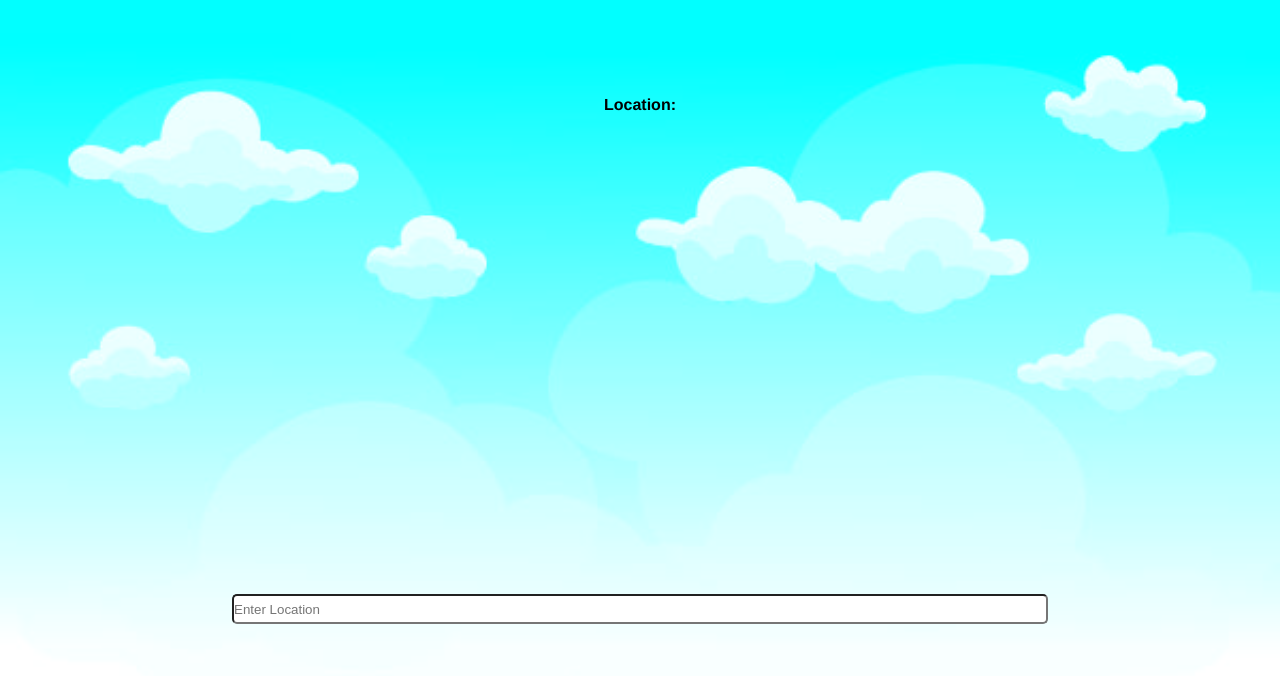
Repository: shaelorch/weather
Page: /
An editor plug-in stored every save of this project. The page is shown before and after the next save, followed by the edit.
The browser window is 1280 px wide. The pictures show the whole page.
The project was rebuilt for these pictures with package versions that can differ from the ones it lists, and the page was loaded fresh each time. The framework's server and built-in components were replaced by stand-ins that run in the browser. Also part of the build but not shown: next.config.js.

Above is the page before, as saved 2023-01-17 13:27:08.

### pages/index.js
import Head from 'next/head'
import Image from 'next/image'
import { Inter } from '@next/font/google'
import styles from '@/styles/Home.module.css'
import axios from 'axios'
import { useState } from 'react';

const inter = Inter({ subsets: ['latin'] })



export default function Home() {
  const [location, setLocation] = useState('');
  const [data, setData] = useState({});
  const [weather, setWeather] = useState();
  const [errorMessage, setErrorMessage] = useState("");

  var apiKey = "5bb65e5dcdd88d96c09dd61a44557240";
  var lang = "fr";
  var units = "metric";
  const url = `https://api.openweathermap.org/data/2.5/weather?q=${location}&units=${units}&appid=${apiKey}&lang=${lang}`

  const searchLocation = (event) => {
    if(event.key === "Enter") {
      axios.get(url)
      .then((response) => {
        console.clear();
        setData(response.data);
        console.log(response.data);
        setWeather(response.data.weather);
        setErrorMessage("");
      }).catch(err => {
        console.log(err);
        setErrorMessage("Please enter another location");
        setData({});
        setWeather()
      })
      setLocation('')
  }}

  return <main className={styles.main}>


    <div className={styles.text}>
      <p>Location:</p>
      {data.name}
    </div>

    <input
    className={styles.input}
    value={location}
    onChange={event => setLocation(event.target.value)}
    placeholder="Enter Location"
    onKeyDown={searchLocation}
    type="text"

    />

    {
      weather && weather.map((w, index)=> {
        return(
          <div className={styles.text} key={index}>
            <div>{w.description}</div>
            <div>{w.main}</div>
            {data.main.temp} &deg;C
            <h2>Feels Like:</h2>
            {data.main.feels_like} &deg;C
            {data.wind.speed}
            </div>










        )
      })
    }

  </main>



}

### styles/Home.module.css
.main {
  display: flex;
  flex-direction: column;
  justify-content: space-between;
  align-items: center;
  padding: 6rem;
  min-height: 100vh;
  background-image: url("/clouds.jpg");
  background-repeat: no-repeat;
  background-size: cover;
}

.text {
  font-family: 'Franklin Gothic Medium', 'Arial Narrow', Arial, sans-serif;
  font-weight: bold;
  color:black;
}

.input {
  border-radius:5px;
  background-color: white;
  height:30px;
  width:75%;
  color:black

}


.description {
  display: inherit;
  justify-content: inherit;
  align-items: inherit;
  font-size: 0.85rem;
  max-width: var(--max-width);
  width: 100%;
  z-index: 2;
  font-family: var(--font-mono);
}

.description a {
  display: flex;
  justify-content: center;
  align-items: center;
  gap: 0.5rem;
}

.description p {
  position: relative;
  margin: 0;
  padding: 1rem;
  background-color: rgba(var(--callout-rgb), 0.5);
  border: 1px solid rgba(var(--callout-border-rgb), 0.3);
  border-radius: var(--border-radius);
}

.code {
  font-weight: 700;
  font-family: var(--font-mono);
}

.grid {
  display: grid;
  grid-template-columns: repeat(4, minmax(25%, auto));
  width: var(--max-width);
  max-width: 100%;
}

.card {
  padding: 1rem 1.2rem;
  border-radius: var(--border-radius);
  background: rgba(var(--card-rgb), 0);
  border: 1px solid rgba(var(--card-border-rgb), 0);
  transition: background 200ms, border 200ms;
}

.card span {
  display: inline-block;
  transition: transform 200ms;
}

.card h2 {
  font-weight: 600;
  margin-bottom: 0.7rem;
}

.card p {
  margin: 0;
  opacity: 0.6;
  font-size: 0.9rem;
  line-height: 1.5;
  max-width: 30ch;
}

.center {
  display: flex;
  justify-content: center;
  align-items: center;
  position: relative;
  padding: 4rem 0;
}

.center::before {
  background: var(--secondary-glow);
  border-radius: 50%;
  width: 480px;
  height: 360px;
  margin-left: -400px;
}

.center::after {
  background: var(--primary-glow);
  width: 240px;
  height: 180px;
  z-index: -1;
}

.center::before,
.center::after {
  content: '';
  left: 50%;
  position: absolute;
  filter: blur(45px);
  transform: translateZ(0);
}

.logo,
.thirteen {
  position: relative;
}

.thirteen {
  display: flex;
  justify-content: center;
  align-items: center;
  width: 75px;
  height: 75px;
  padding: 25px 10px;
  margin-left: 16px;
  transform: translateZ(0);
  border-radius: var(--border-radius);
  overflow: hidden;
  box-shadow: 0px 2px 8px -1px #0000001a;
}

.thirteen::before,
.thirteen::after {
  content: '';
  position: absolute;
  z-index: -1;
}

/* Conic Gradient Animation */
.thirteen::before {
  animation: 6s rotate linear infinite;
  width: 200%;
  height: 200%;
  background: var(--tile-border);
}

/* Inner Square */
.thirteen::after {
  inset: 0;
  padding: 1px;
  border-radius: var(--border-radius);
  background: linear-gradient(
    to bottom right,
    rgba(var(--tile-start-rgb), 1),
    rgba(var(--tile-end-rgb), 1)
  );
  background-clip: content-box;
}

/* Enable hover only on non-touch devices */
@media (hover: hover) and (pointer: fine) {
  .card:hover {
    background: rgba(var(--card-rgb), 0.1);
    border: 1px solid rgba(var(--card-border-rgb), 0.15);
  }

  .card:hover span {
    transform: translateX(4px);
  }
}

@media (prefers-reduced-motion) {
  .thirteen::before {
    animation: none;
  }

  .card:hover span {
    transform: none;
  }
}

/* Mobile */
@media (max-width: 700px) {
  .content {
    padding: 4rem;
  }

  .grid {
    grid-template-columns: 1fr;
    margin-bottom: 120px;
    max-width: 320px;
    text-align: center;
  }

  .card {
    padding: 1rem 2.5rem;
  }

  .card h2 {
    margin-bottom: 0.5rem;
  }

  .center {
    padding: 8rem 0 6rem;
  }

  .center::before {
    transform: none;
    height: 300px;
  }

  .description {
    font-size: 0.8rem;
  }

  .description a {
    padding: 1rem;
  }

  .description p,
  .description div {
    display: flex;
    justify-content: center;
    position: fixed;
    width: 100%;
  }

  .description p {
    align-items: center;
    inset: 0 0 auto;
    padding: 2rem 1rem 1.4rem;
    border-radius: 0;
    border: none;
    border-bottom: 1px solid rgba(var(--callout-border-rgb), 0.25);
    background: linear-gradient(
      to bottom,
      rgba(var(--background-start-rgb), 1),
      rgba(var(--callout-rgb), 0.5)
    );
    background-clip: padding-box;
    backdrop-filter: blur(24px);
  }

  .description div {
    align-items: flex-end;
    pointer-events: none;
    inset: auto 0 0;
    padding: 2rem;
    height: 200px;
    background: linear-gradient(
      to bottom,
      transparent 0%,
      rgb(var(--background-end-rgb)) 40%
    );
    z-index: 1;
  }
}

/* Tablet and Smaller Desktop */
@media (min-width: 701px) and (max-width: 1120px) {
  .grid {
    grid-template-columns: repeat(2, 50%);
  }
}

@media (prefers-color-scheme: dark) {
  .vercelLogo {
    filter: invert(1);
  }

  .logo,
  .thirteen img {
    filter: invert(1) drop-shadow(0 0 0.3rem #ffffff70);
  }
}

@keyframes rotate {
  from {
    transform: rotate(360deg);
  }
  to {
    transform: rotate(0deg);
  }
}

Loaded but not shown: pages/_app.js (common file); pages/_document.js (common file); styles/globals.css (common file)

After the next save:
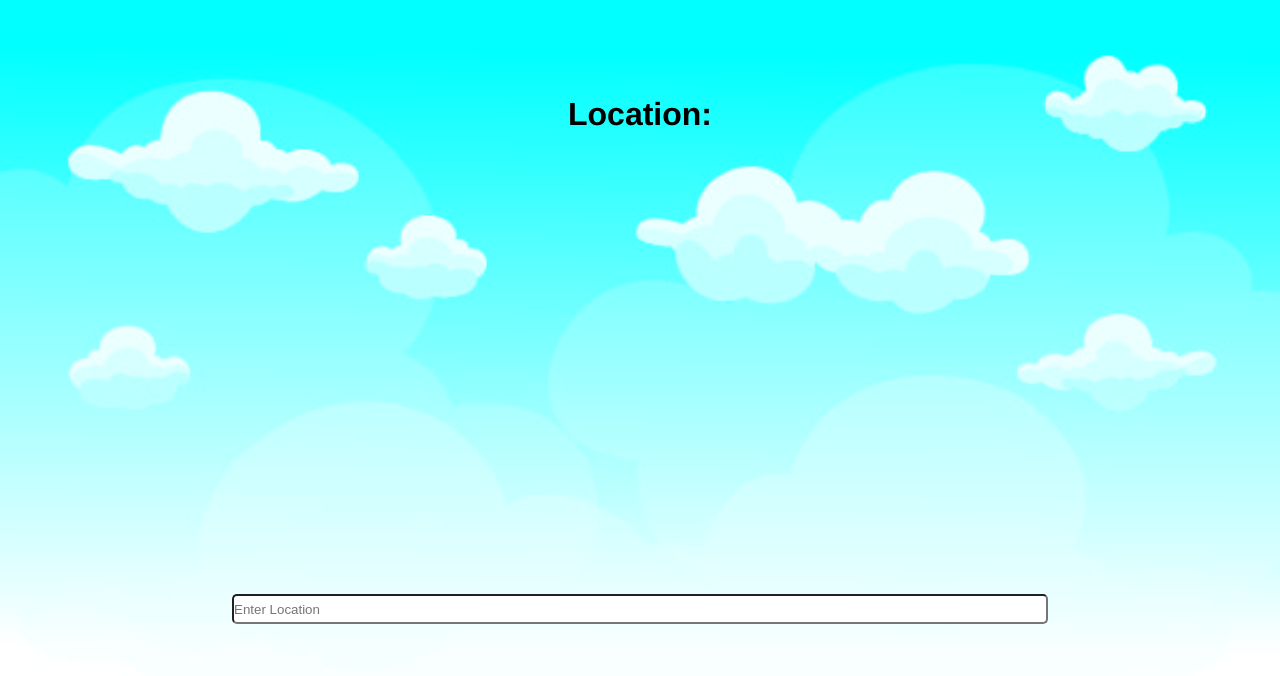
Saved 9 s later.
--- a/pages/index.js
+++ b/pages/index.js
@@ -42,7 +42,7 @@ export default function Home() {
 
 
     <div className={styles.text}>
-      <p>Location:</p>
+      <h1>Location:</h1>
       {data.name}
     </div>
 
